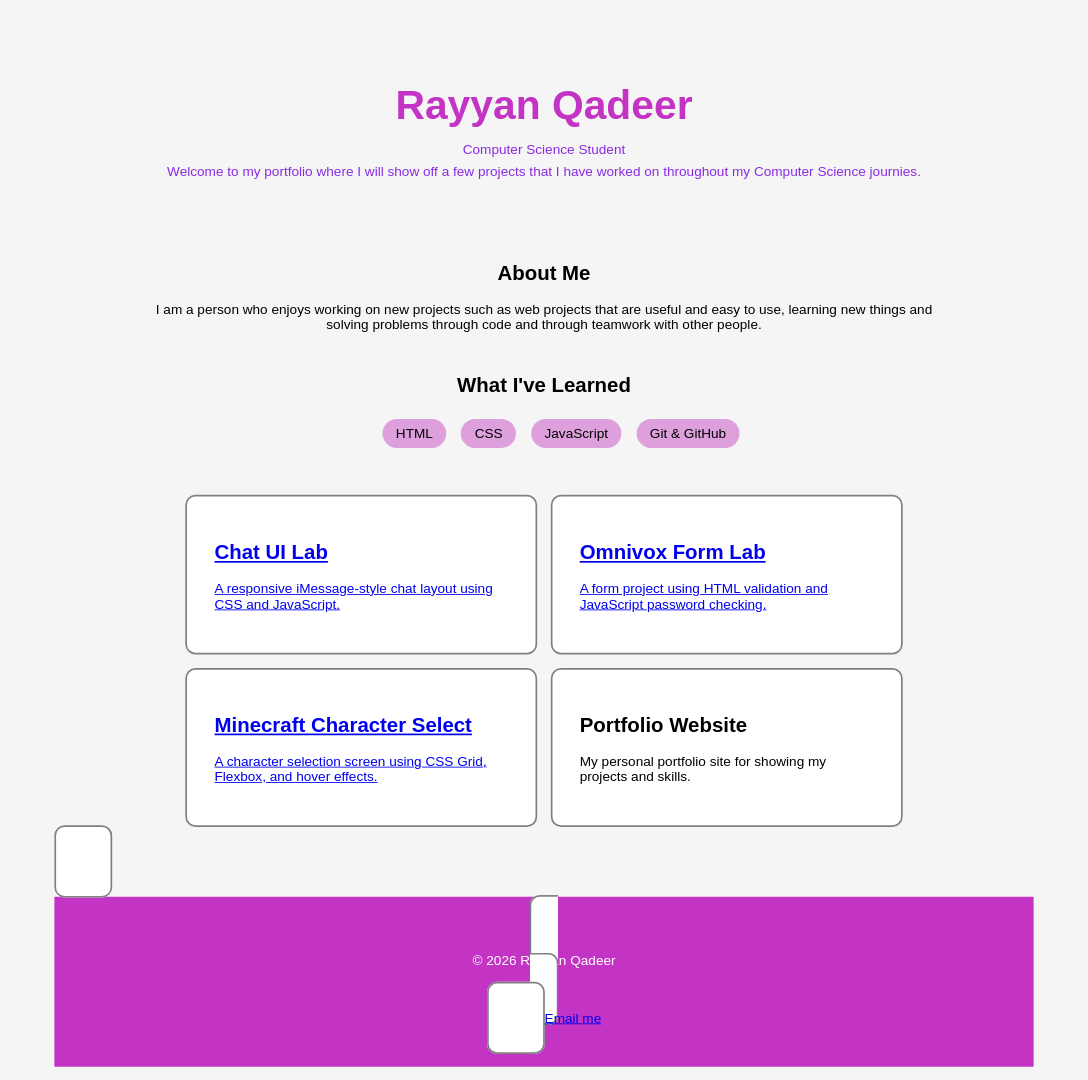
Repository: rayyan-qadeer/rayyan-qadeer
Page: index.html
The author's editor kept a copy of each file at every save. The page is drawn from the files as they stood at one save, then again after the next save.
The browser window is 1280 px wide. The pictures show the whole page, at 85% of full size.

Above is the page before, as saved 2026-05-20 00:32:11.

### index.html
<!doctype html>
<html lang="en">
  <head>
    <meta charset="UTF-8" />
    <meta name="viewport" content="width=device-width, initial-scale=1.0" />
    <title>Rayyan Qadeer Portfolio</title>
    <link rel="stylesheet" href="./styles/globals.css" />
    <link rel="stylesheet" href="./styles/index.css" />
  </head>
  <body>
    <main>
      <header>
        <h1>Rayyan Qadeer</h1>
        <p class="subtitle">Computer Science Student</p>
        <p class="description">
          Welcome to my portfolio where I will show off a few projects that I
          have worked on throughout my Computer Science journies.
        </p>
      </header>

      <section class="about">
        <h2>About Me</h2>
        <p>
          I am a person who enjoys working on new projects such as web projects
          that are useful and easy to use, learning new things and solving
          problems through code and through teamwork with other people.
        </p>
      </section>

      <section class="skills">
        <h2>What I've Learned</h2>
        <ul>
          <li>HTML</li>
          <li>CSS</li>
          <li>JavaScript</li>
          <li>Git & GitHub</li>
        </ul>
      </section>

      <section class="projects">
        <a class="card" href="./pages/chat-ui.html">
          <h2>Chat UI Lab</h2>
          <p>
            A responsive iMessage-style chat layout using CSS and JavaScript.
          </p>
        </a>

        <a class="card" href="./pages/omnivox-form.html">
          <h2>Omnivox Form Lab</h2>
          <p>
            A form project using HTML validation and JavaScript password
            checking.
          </p>
        </article>

        <a class="card" href="./pages/minecraft-character-select.html">
          <h2>Minecraft Character Select</h2>
          <p>
            A character selection screen using CSS Grid, Flexbox, and hover
            effects.
          </p>
        </article>

        <a class="card">
          <h2>Portfolio Website</h2>
          <p>My personal portfolio site for showing my projects and skills.</p>
        </article>
      </section>

      <footer>
        <p>© 2026 Rayyan Qadeer</p>
        <p>
          <a href="mailto:rayyanqadeer@outlook.com">Email me</a>
        </p>
      </footer>
    </main>
  </body>
</html>

### styles/globals.css
body {
    margin: 0rem;
    font-family: Arial, Helvetica, sans-serif;
    background-color: whitesmoke;
    color: black;
}

### styles/index.css
main {
  padding: 1rem;
  max-width: 90%;
  margin: 0 auto;
}

header {
  text-align: center;
  margin-bottom: 3rem;
  padding: 3rem 1rem;
}

header h1 {
  font-size: 3rem;
  margin-bottom: 0.5rem;
  color: rgb(196, 52, 196);
}

.subtitle {
  color: blueviolet;
  margin-bottom: 0.5rem;
}

.description {
  max-width: 80%;
  margin: 0 auto;
  color: blueviolet;
}

.about,
.skills {
  text-align: center;
  max-width: 80%;
  margin: 3rem auto;
}

.skills li {
  display: inline-block;
  margin: 0.4rem;
  padding: 0.5rem 1rem;
  background-color: plum;
  border-radius: 1.25rem;
}

.projects {
  display: flex;
  flex-direction: column;
  gap: 1rem;
  margin: 2rem auto;
}

.card {
  background-color: white;
  padding: 2rem;
  border-radius: 0.75rem;
  border: 2px solid gray;
}

.card:hover {
  transform: translateY(-4px);
  background-color: plum;
}

footer {
  text-align: center;
  margin-top: 2rem;
  padding: 2rem;
  background-color: rgb(196, 52, 196);
  color: white;
}

@media (min-width: 768px) {
  .projects {
    flex-direction: row;
    flex-wrap: wrap;
    justify-content: center;
  }

  .card {
    width: 48%;
  }
}

@media (min-width: 1024px) {
  .card {
    width: 30%;
  }
}

After the next save:
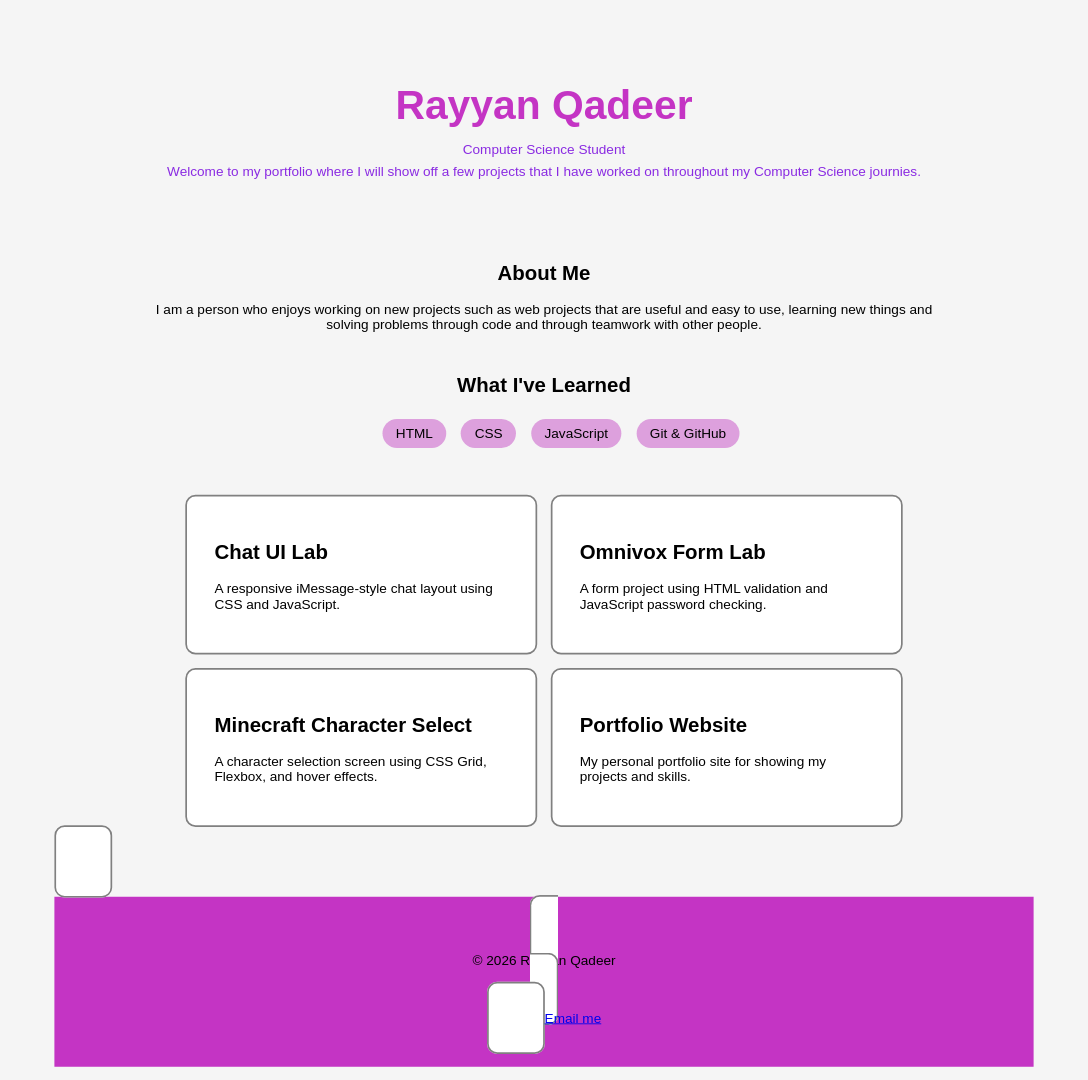
Saved 58 s later.
--- a/styles/index.css
+++ b/styles/index.css
@@ -39,7 +39,7 @@ header h1 {
   margin: 0.4rem;
   padding: 0.5rem 1rem;
   background-color: plum;
-  border-radius: 1.25rem;
+  border-radius: 20px;
 }
 
 .projects {
@@ -54,6 +54,8 @@ header h1 {
   padding: 2rem;
   border-radius: 0.75rem;
   border: 2px solid gray;
+  text-decoration: none;
+  color: black;
 }
 
 .card:hover {
